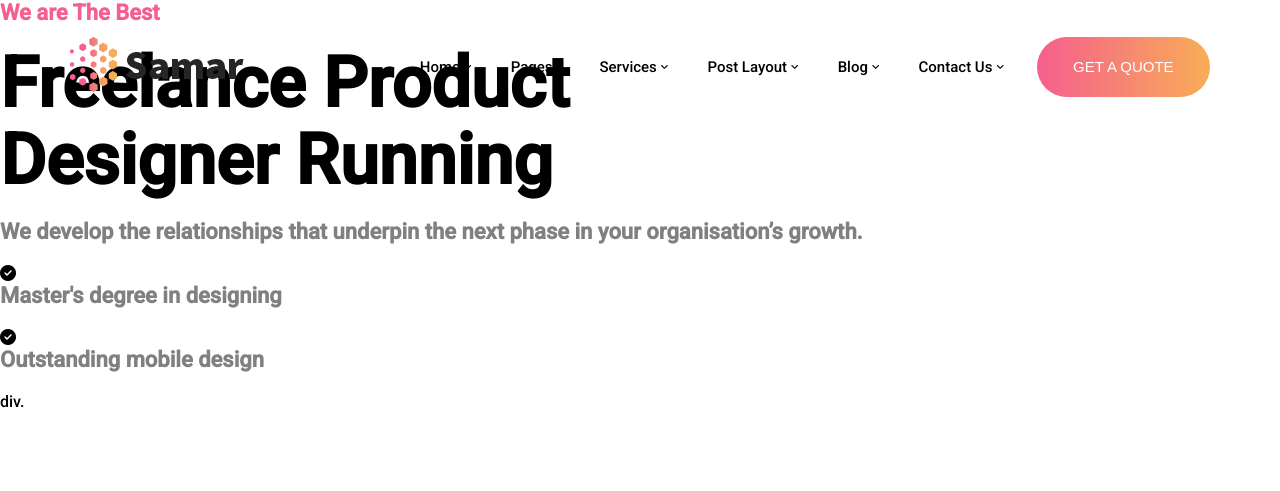
Repository: truongcongtrung2709/truongcongtrung__samar
Page: index.html
These files come from the project's save history. The page is drawn as it stood at one moment and after the next save; the edit follows.
The browser window is 1280 px wide. The pictures show the whole page.
Some web libraries are served in a nearby version.

Above is the page before, as saved 2022-06-22 20:54:05.

After the next save:
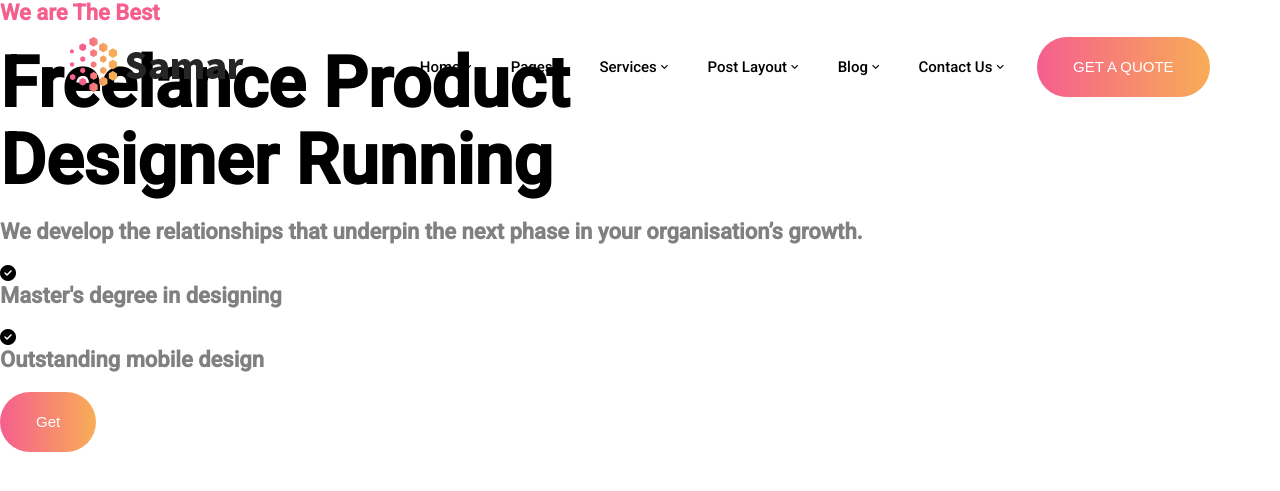
Saved 94 s later.
--- a/index.html
+++ b/index.html
@@ -59,7 +59,9 @@
               <p class="text__gray">Outstanding mobile design</p>
             </li>
           </ul>
-          div.
+          <div class="intro__button">
+            <button class="linear-gradient-btn">Get</button>
+          </div>
         </div>
         <div class="intro-right">
 
